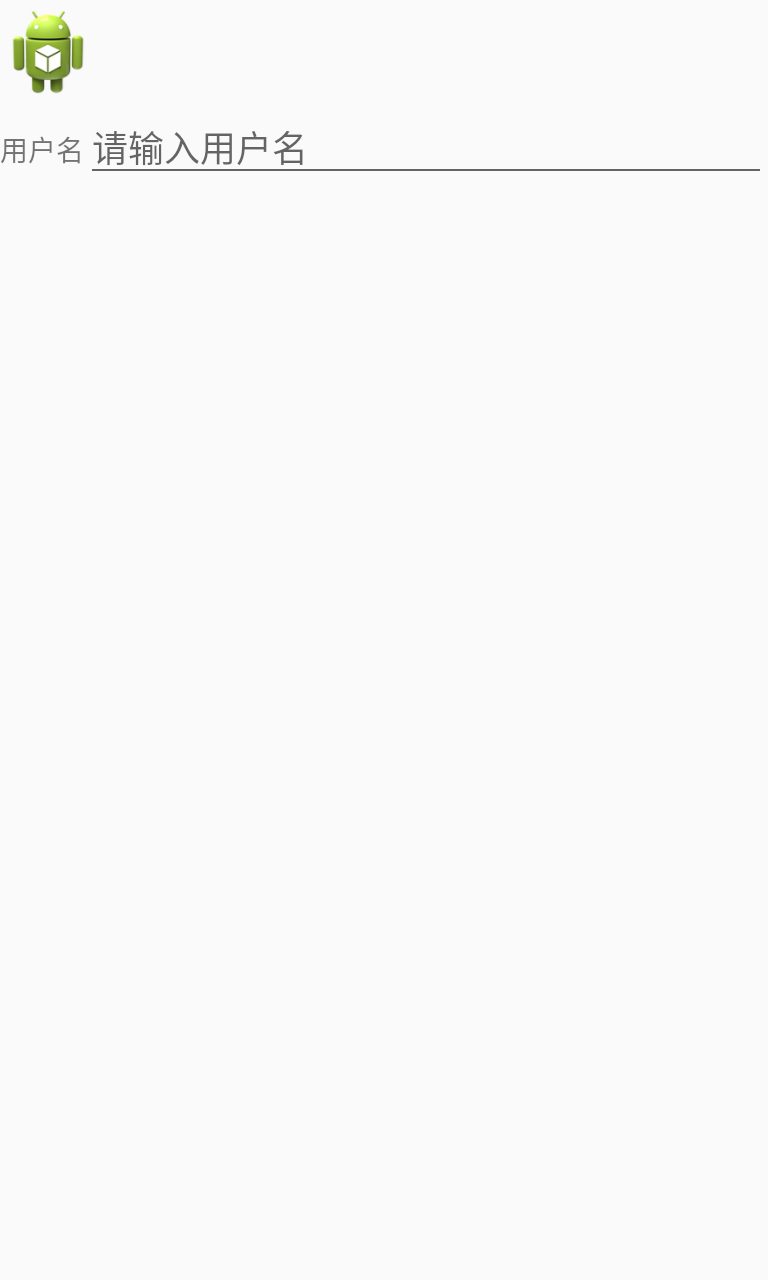
Repository: ren12138/nationpower
Layout: JavaWorkspace/NationPower/res/layout/activity_main.xml
An editor plug-in stored every save of this project. The layout is shown before and after the next save, followed by the edit.
It is drawn on a 768 x 1280 px phone screen (xhdpi) without system bars, with theme AppTheme; the app's code is not run.

Above is the layout before, as saved 2017-12-16 04:38:00.

After the next save:
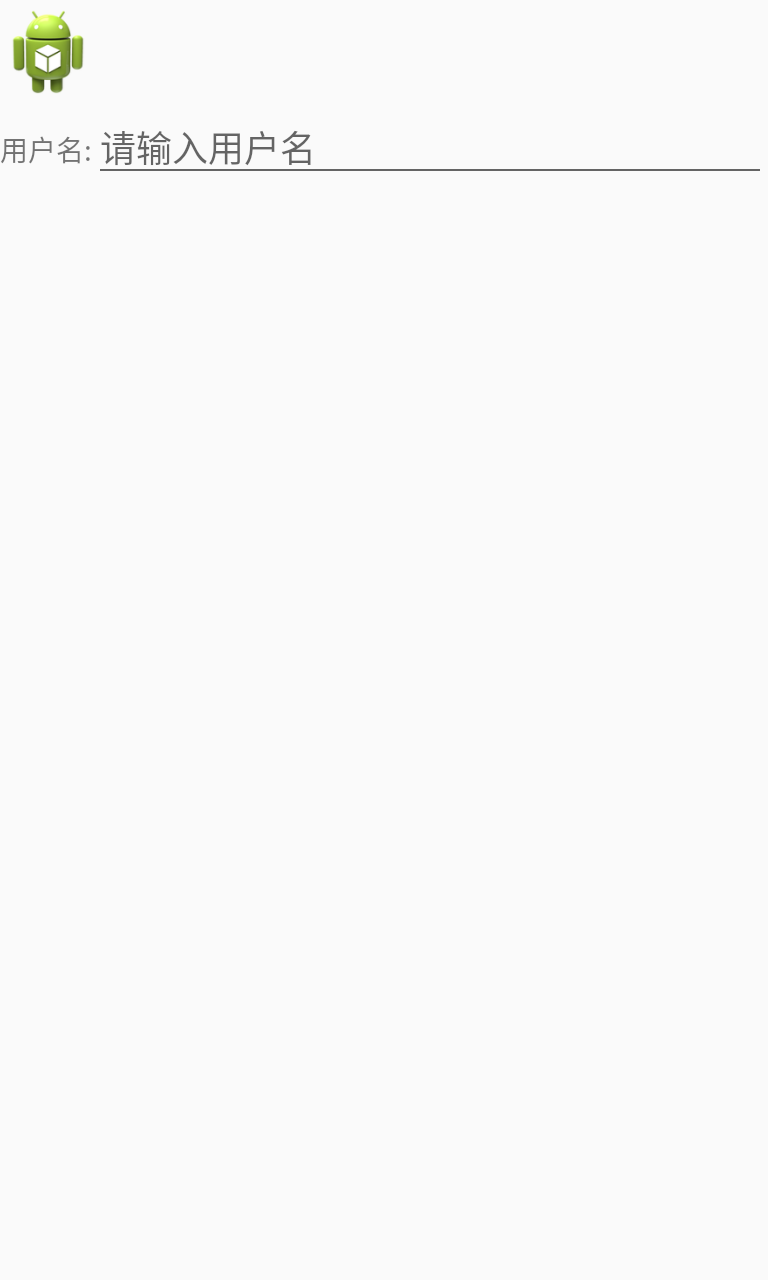
Saved 18 s later.
--- a/JavaWorkspace/NationPower/res/layout/activity_main.xml
+++ b/JavaWorkspace/NationPower/res/layout/activity_main.xml
@@ -21,7 +21,7 @@
         <TextView
             android:layout_width="wrap_content"
             android:layout_height="wrap_content"
-            android:text="用户名" />
+            android:text="用户名:" />
         <EditText
             android:layout_width="match_parent"
             android:layout_height="wrap_content"
